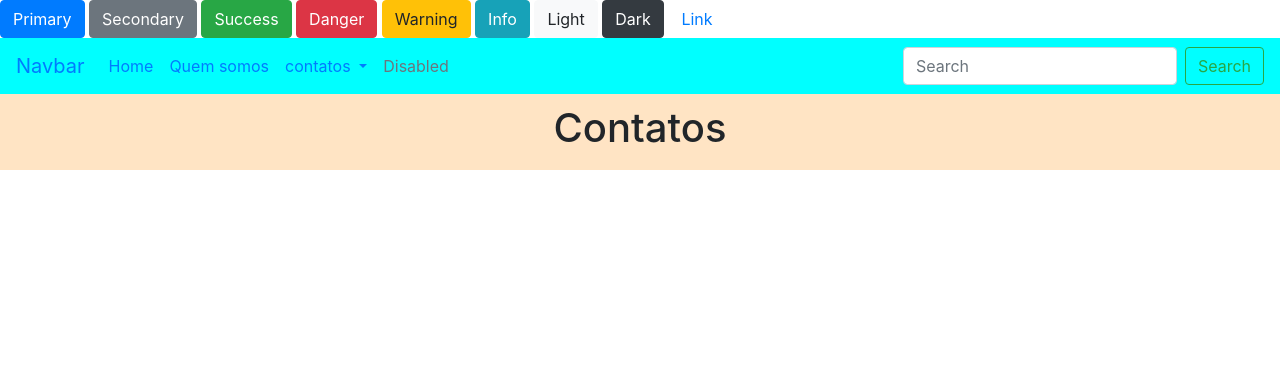
Repository: DaniloBaracho/bootstrap
Page: index.html
The author's editor kept a copy of each file at every save. The page is drawn from the files as they stood at one save, then again after the next save.
The browser window is 1280 px wide. The pictures show the whole page.

Above is the page before, as saved 2020-05-31 17:21:34.

### index.html
<!DOCTYPE html>
<html lang="pt-br">
    <head>
        <meta charset="utf-8">
        <title>
            Usando bootstrap
        </title>
        <link rel="stylesheet", type="text/css", href="bootstrap/css/bootstrap.min.css">
        <link rel="stylesheet", type="text/css", href="css/style.css">
    </head>
    <body>
        <button type="button" class="btn btn-primary">Primary</button>
        <button type="button" class="btn btn-secondary">Secondary</button>
        <button type="button" class="btn btn-success">Success</button>
        <button type="button" class="btn btn-danger">Danger</button>
        <button type="button" class="btn btn-warning">Warning</button>
        <button type="button" class="btn btn-info">Info</button>
        <button type="button" class="btn btn-light">Light</button>
        <button type="button" class="btn btn-dark">Dark</button>
        <button type="button" class="btn btn-link">Link</button>
        <nav class="navbar navbar-expand-lg">
            <a class="navbar-brand" href="#">Navbar</a>
            <button class="navbar-toggler" type="button" data-toggle="collapse" data-target="#navbarSupportedContent" aria-controls="navbarSupportedContent" aria-expanded="false" aria-label="Toggle navigation">
              <span class="navbar-toggler-icon"></span>
            </button>

            <div class="collapse navbar-collapse" id="navbarSupportedContent">
              <ul class="navbar-nav mr-auto">
                <li class="nav-item active">
                  <a class="nav-link" href="#">Home <span class="sr-only">(current)</span></a>
                </li>
                <li class="nav-item">
                  <a class="nav-link" href="#">Quem somos</a>
                </li>
                <li class="nav-item dropdown">
                  <a class="nav-link dropdown-toggle" href="contatos" id="navbarDropdown" role="button" data-toggle="dropdown" aria-haspopup="true" aria-expanded="false">
                    contatos
                  </a>
                  <div class="dropdown-menu" aria-labelledby="navbarDropdown">
                    <a class="dropdown-item" href="#">Parceiros</a>
                    <a class="dropdown-item" href="#">Serviços</a>
                    <div class="dropdown-divider"></div>
                    <a class="dropdown-item" href="#">Something else here</a>
                  </div>
                </li>
                <li class="nav-item">
                  <a class="nav-link disabled" href="#" tabindex="-1" aria-disabled="true">Disabled</a>
                </li>
              </ul>
              <form class="form-inline my-2 my-lg-0">
                <input class="form-control mr-sm-2" type="search" placeholder="Search" aria-label="Search">
                <button class="btn btn-outline-success my-2 my-sm-0" type="submit">Search</button>
              </form>
            </div>
          </nav>
        <section id="contato">
          <div class="container-fluid contatos text-center margin">
            <h1>Contatos</h1>
          </div>
        </section>
    </body>
</html>

### css/style.css
.navbar{
    background-color: aqua;
}
.contatos{
    background-color: bisque;
}
.margin{
     padding-top: 10px;
     padding-bottom: 10px;
     /*margin-top: 30px*/
}

Loaded but not shown: bootstrap/css/bootstrap.min.css (library)

After the next save:
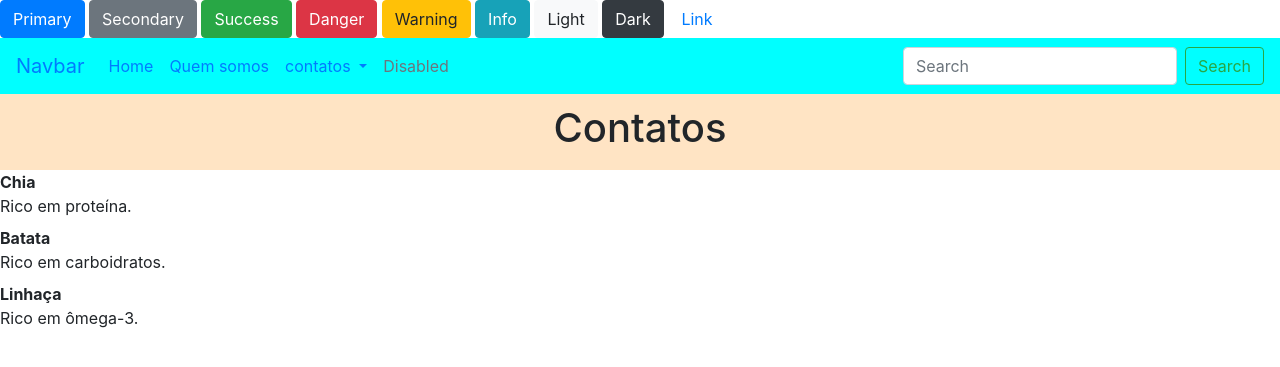
Saved 15 min 36 s later.
--- a/index.html
+++ b/index.html
@@ -58,5 +58,10 @@
             <h1>Contatos</h1>
           </div>
         </section>
+        <dl>
+          <dt>Chia</dt><dd>Rico em proteína.</dd>
+          <dt>Batata</dt><dd>Rico em carboidratos.</dd>
+          <dt>Linhaça</dt><dd>Rico em ômega-3.</dd>
+          </dl>
     </body>
 </html>
